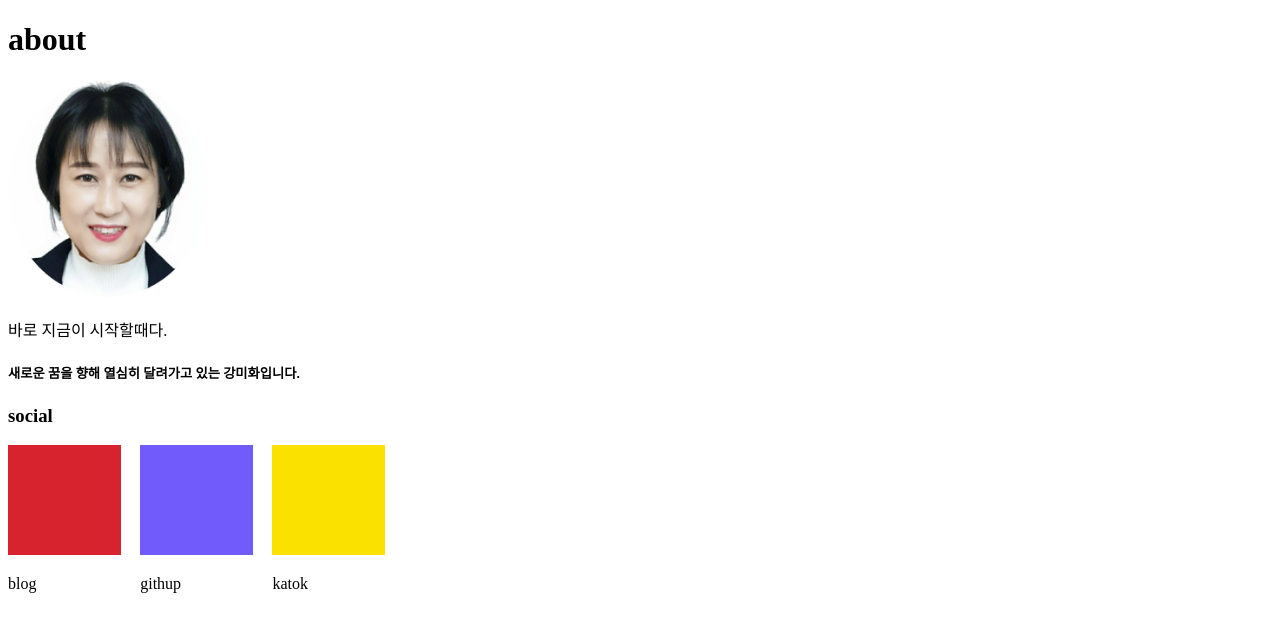
Repository: kmh9964/view
Page: workspace/studyhtml5/src/htmltags03.html
The author's editor kept a copy of each file at every save. The page is drawn from the files as they stood at one save, then again after the next save.
The browser window is 1280 px wide. The pictures show the whole page.

Above is the page before, as saved 2022-12-14 07:49:55.

After the next save:
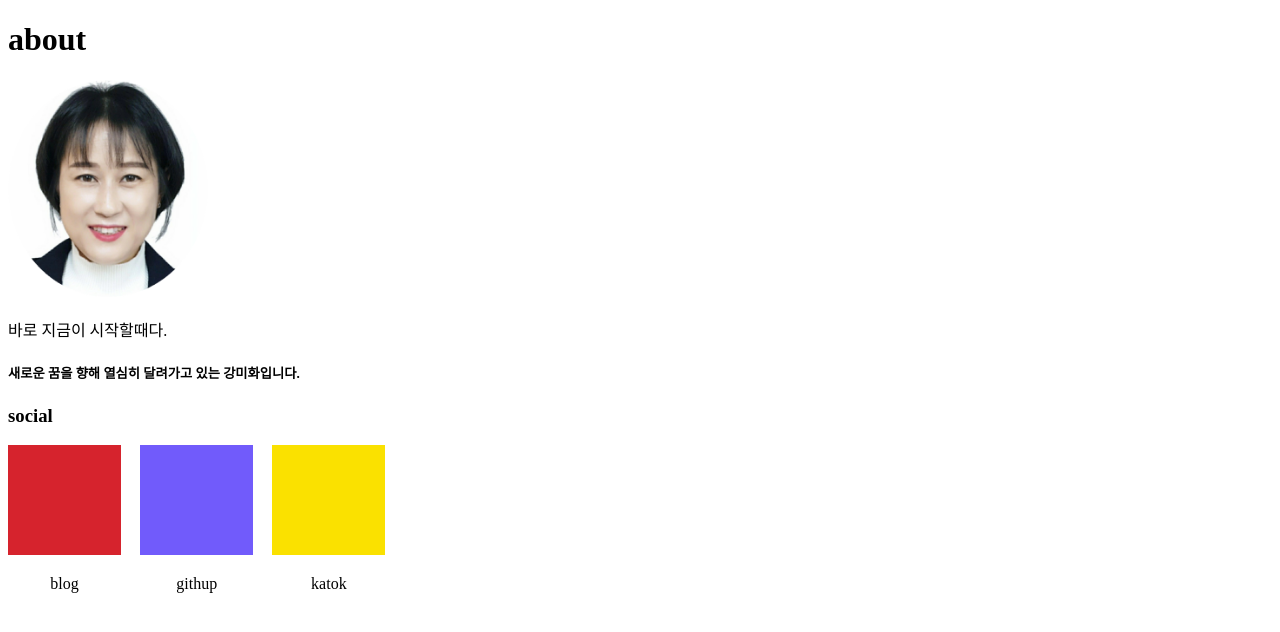
Saved 25 s later.
--- a/workspace/studyhtml5/src/htmltags03.html
+++ b/workspace/studyhtml5/src/htmltags03.html
@@ -15,7 +15,7 @@
 	.icons{
 		display: flex;      /* 표시방법 : 플렉스 */
 		column-gap: 1.2rem; /* 컬럼-간격: 1rem만큼 띄어줘*/
-		text-aligh:center;
+		text-align:center;
 	}
 	</style>
 
